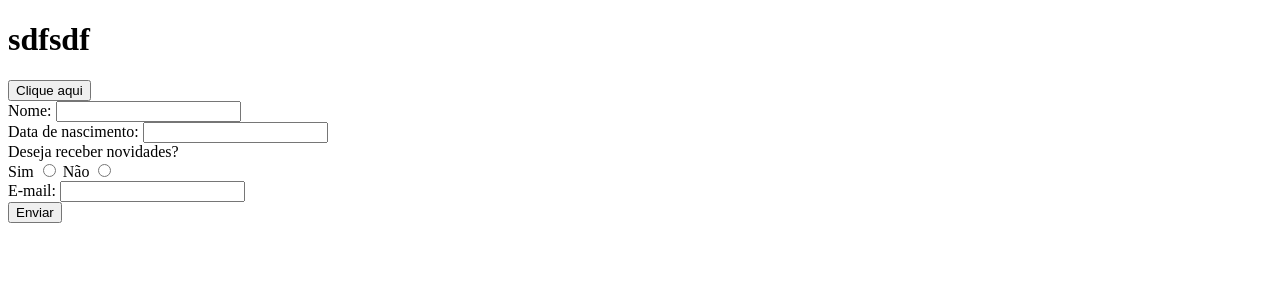
Repository: shamanickCoder/FIAP
Page: Desenvolvimentos de Sistemas Web/1 semestre/Javascript/17-jquery/WebContent/index.html
An editor plug-in stored every save of this project. The page is shown before and after the next save, followed by the edit.
The browser window is 1280 px wide. The pictures show the whole page.

Above is the page before, as saved 2016-05-18 11:56:47.

After the next save:
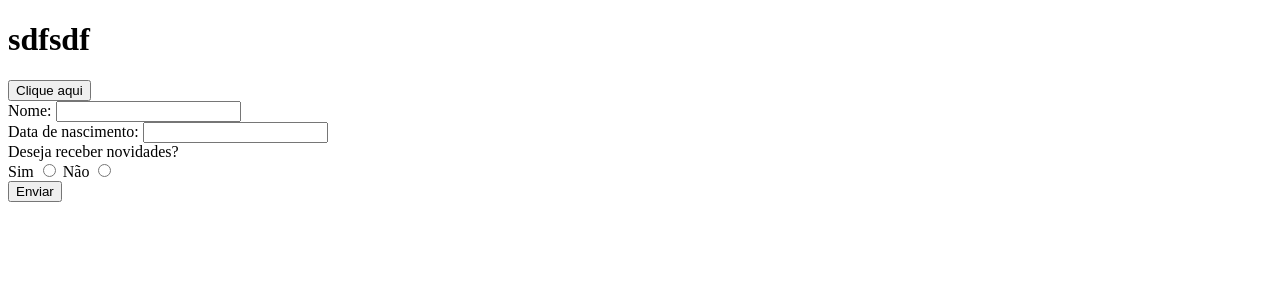
Saved 2 s later.
--- a/Desenvolvimentos de Sistemas Web/1 semestre/Javascript/17-jquery/WebContent/index.html
+++ b/Desenvolvimentos de Sistemas Web/1 semestre/Javascript/17-jquery/WebContent/index.html
@@ -28,8 +28,8 @@
     <input type = "radio" name = "novidades" id = "nao">
    </div>
    <div>
-    <label for = "email">E-mail:</label>
-    <input type = "text" id = "email">
+    <label for = "email"><span class = "email">E-mail:</span></label>
+    <input type = "text" class = "email">
    </div>
    <div>
     <input type = "submit" value = "Enviar" id = "enviar" name = "enviar">
